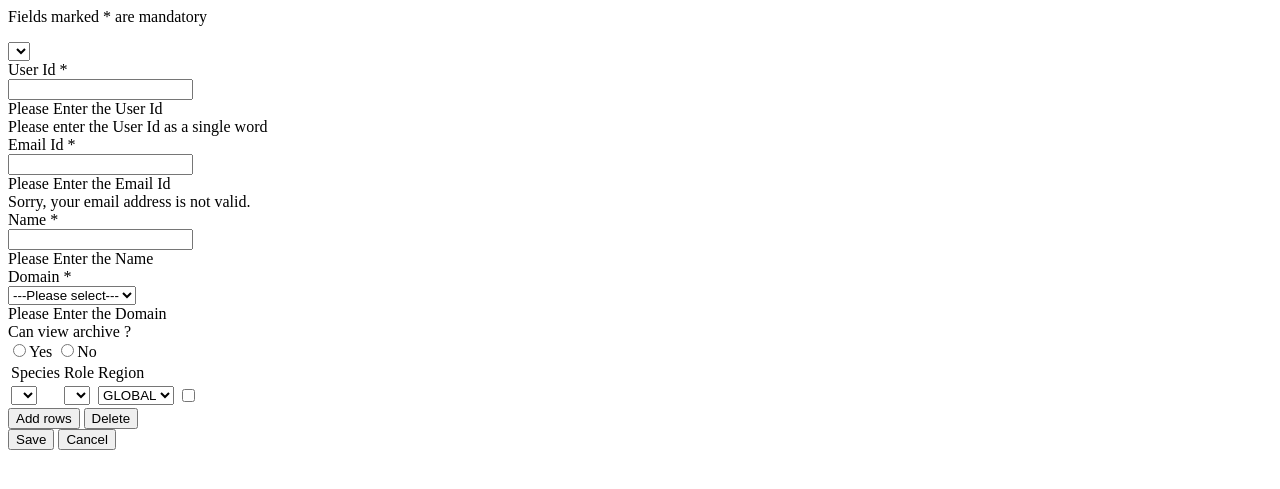
Repository: yangmiemie2017/local.backup
Page: Starter/NewApplication/src/main/resources/static/Scripts/spa/administration/manage-users-details.html
An editor plug-in stored every save of this project. The page is shown before and after the next save, followed by the edit.
The browser window is 1280 px wide. The pictures show the whole page.

Above is the page before, as saved 2018-06-29 07:27:47.

After the next save:
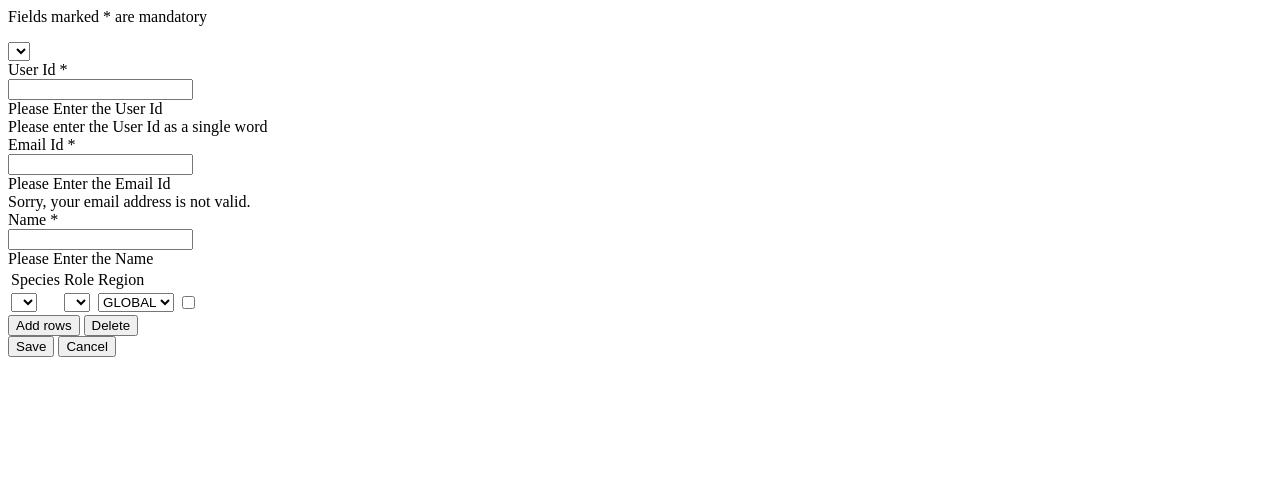
Saved 2 min 1 s later.
--- a/Starter/NewApplication/src/main/resources/static/Scripts/spa/administration/manage-users-details.html
+++ b/Starter/NewApplication/src/main/resources/static/Scripts/spa/administration/manage-users-details.html
@@ -51,29 +51,6 @@
                             </div>
                         </div>
                     </div>
-                    <div class="form-group">
-                        <label class="col-xs-4 col-lg-2 col-md-2 col-sm-2 control-label">Domain<span class="sign-red"> * </span></label>
-                        <div class="col-xs-5 col-lg-3 col-md-3 col-sm-3">
-                            <select name="domain" ng-model="manageUsers.user.domain" ng-options="y as y for (x, y) in manageUsers.domainList" class="form-control input-sm" ng-disabled="manageUsers.user.action == 'Delete'" required>
-                                <option value="">---Please select---</option>
-                            </select>
-                            <div class="input-error-messages" ng-messages="userDetailForm.domain.$error"
-                                 ng-if="userDetailForm.$submitted || userDetailForm.domain.$touched">
-                                <div ng-message="required">Please Enter the Domain</div>
-                            </div>
-                        </div>
-                    </div>
-                    <div class="form-group">
-                        <label class="col-xs-5 col-lg-2 col-md-2 col-sm-2 control-label">Can view archive ?</label>
-                        <div class="col-xs-5 col-lg-3 col-md-3 col-sm-3">
-                            <label class="radio-inline">
-                                <input type="radio" name="rdoViewArchive" value="Y" ng-model="manageUsers.user.canViewArchive" ng-disabled="manageUsers.user.action == 'Delete'">Yes
-                            </label>
-                            <label class="radio-inline">
-                                <input type="radio" name="rdoViewArchive" value="N" ng-model="manageUsers.user.canViewArchive" ng-disabled="manageUsers.user.action == 'Delete'">No
-                            </label>
-                        </div>
-                    </div>
                     <div class="form-group manage_detail_tableBox">
                         <table class="table table-bordered table-species-roles manage_detail_tableBox_table">
                             <tr class="active">
